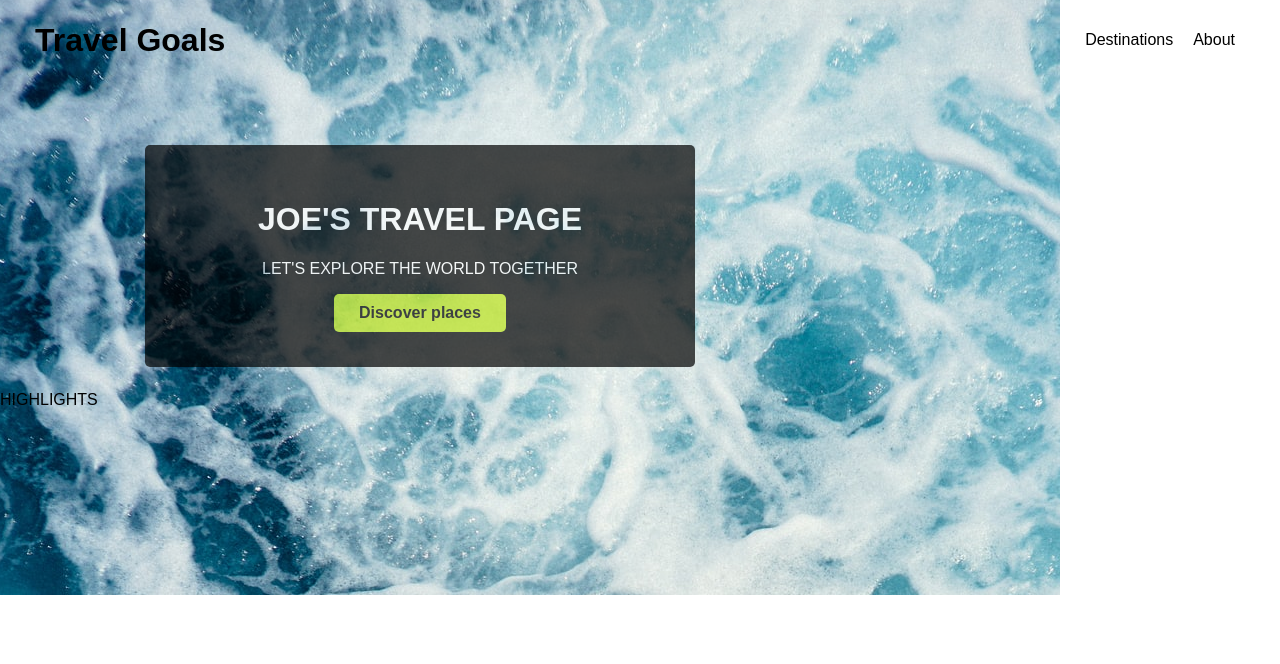
Repository: Harjot00/Wevdev
Page: Travel/index.html
An editor plug-in stored every save of this project. The page is shown before and after the next save, followed by the edit.
The browser window is 1280 px wide. The pictures show the whole page.

Above is the page before, as saved 2022-05-07 03:00:01.

After the next save:
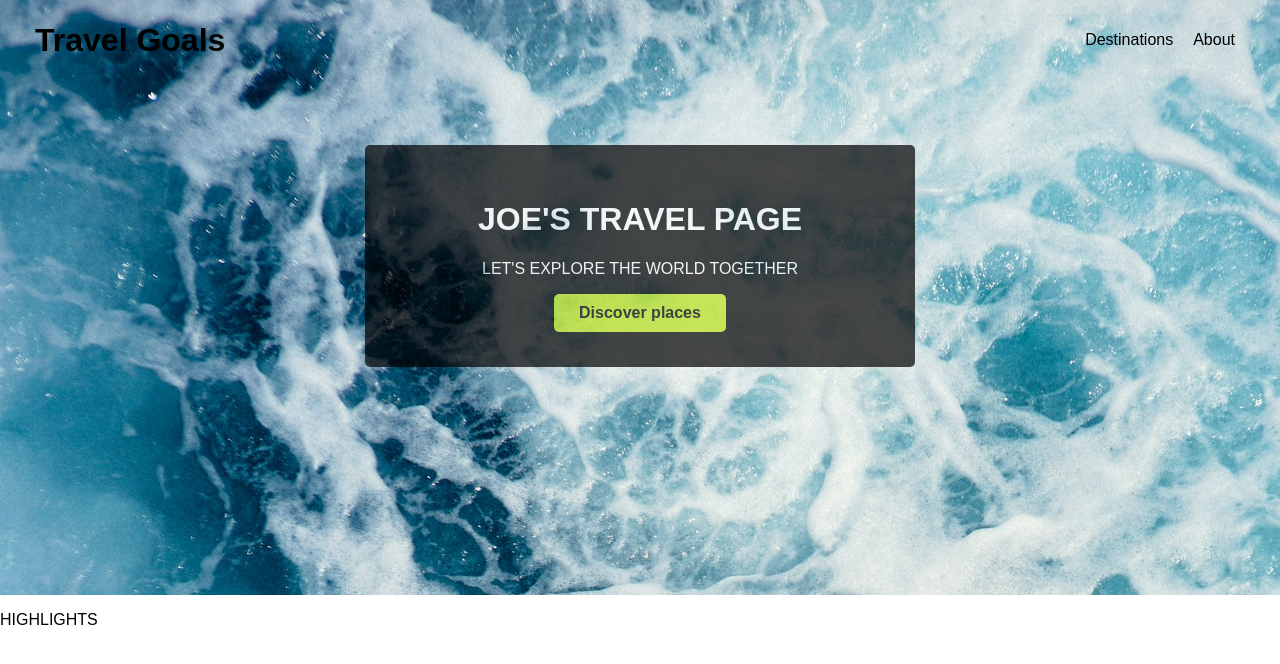
Saved 41 s later.
--- a/Travel/style.css
+++ b/Travel/style.css
@@ -35,7 +35,7 @@ li a{
 #background{
     background-image:url(background.jpg);
     height: 600px;
-    margin:-220px;
+    margin-top:-220px;
     width: 100%;
 
 }
